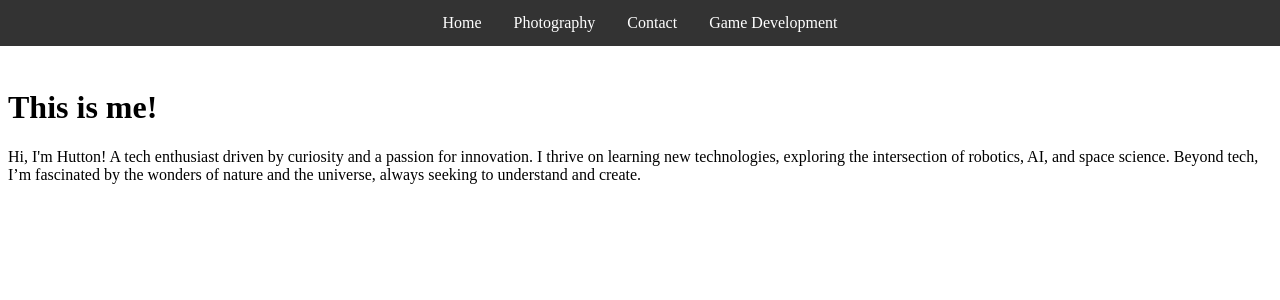
Repository: Argivist/ArgPortfolio
Page: index.html
The author's editor kept a copy of each file at every save. The page is drawn from the files as they stood at one save, then again after the next save.
The browser window is 1280 px wide. The pictures show the whole page.

Above is the page before, as saved 2025-03-28 15:12:32.

After the next save:
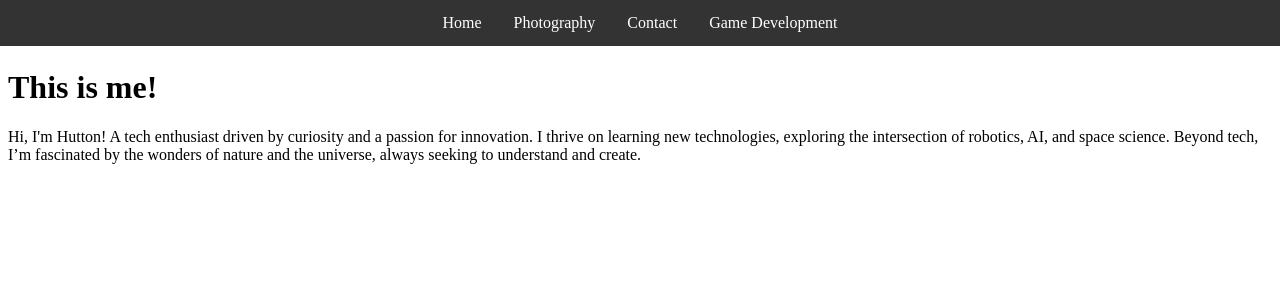
Saved 10 s later.
--- a/css/nav.css
+++ b/css/nav.css
@@ -38,7 +38,7 @@ nav {
 
 /* Reserve space for the fixed navbar */
 .padding {
-    height: 60px;  /* Adjust this value to match your navbar's height */
+    height: 40px;  /* Adjust this value to match your navbar's height */
     top: 0;
     left: 0;
     width: 100%;
